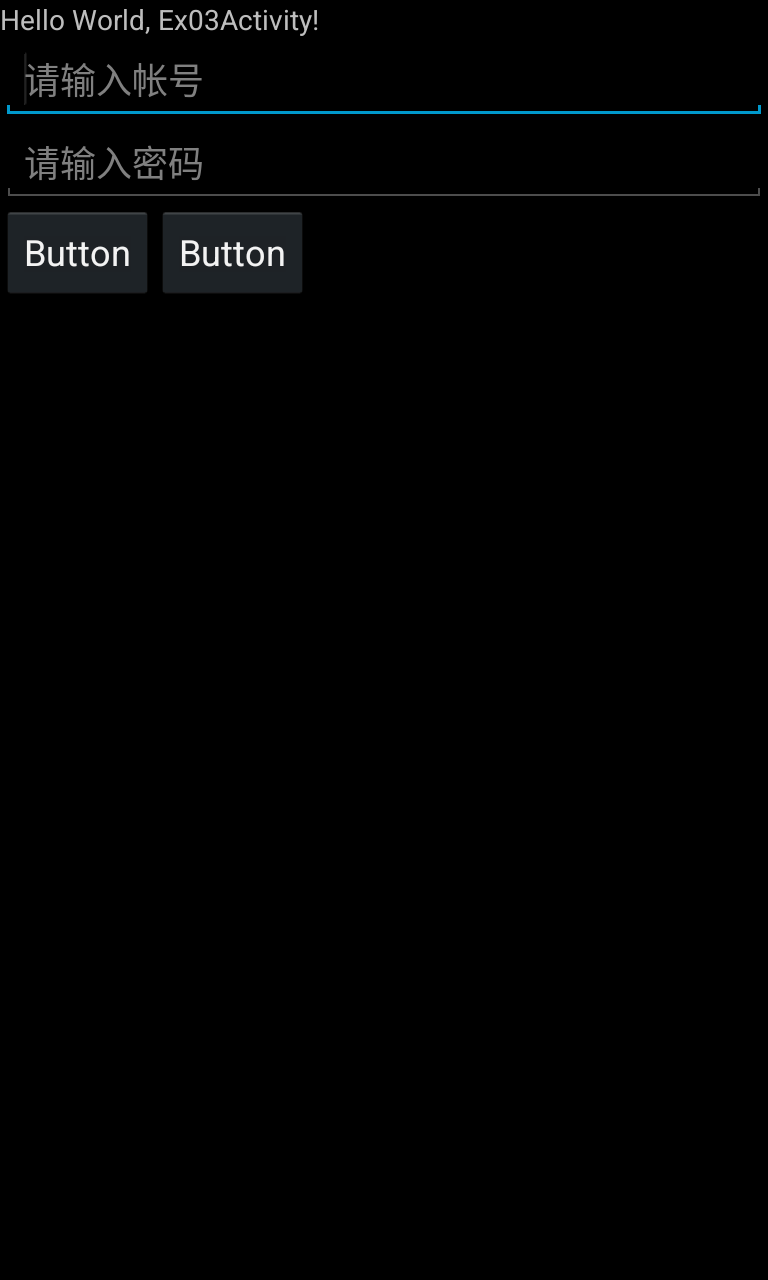
Repository: oldherokingsley/android_homework
Layout: Ex03/res/layout/main.xml
These files come from the project's save history. The layout is drawn as it stood at one moment and after the next save; the edit follows.
It is drawn on a 768 x 1280 px phone screen (xhdpi) without system bars, with theme android:Theme.Holo; the app's code is not run.

Above is the layout before, as saved 2012-10-16 08:57:41.

After the next save:
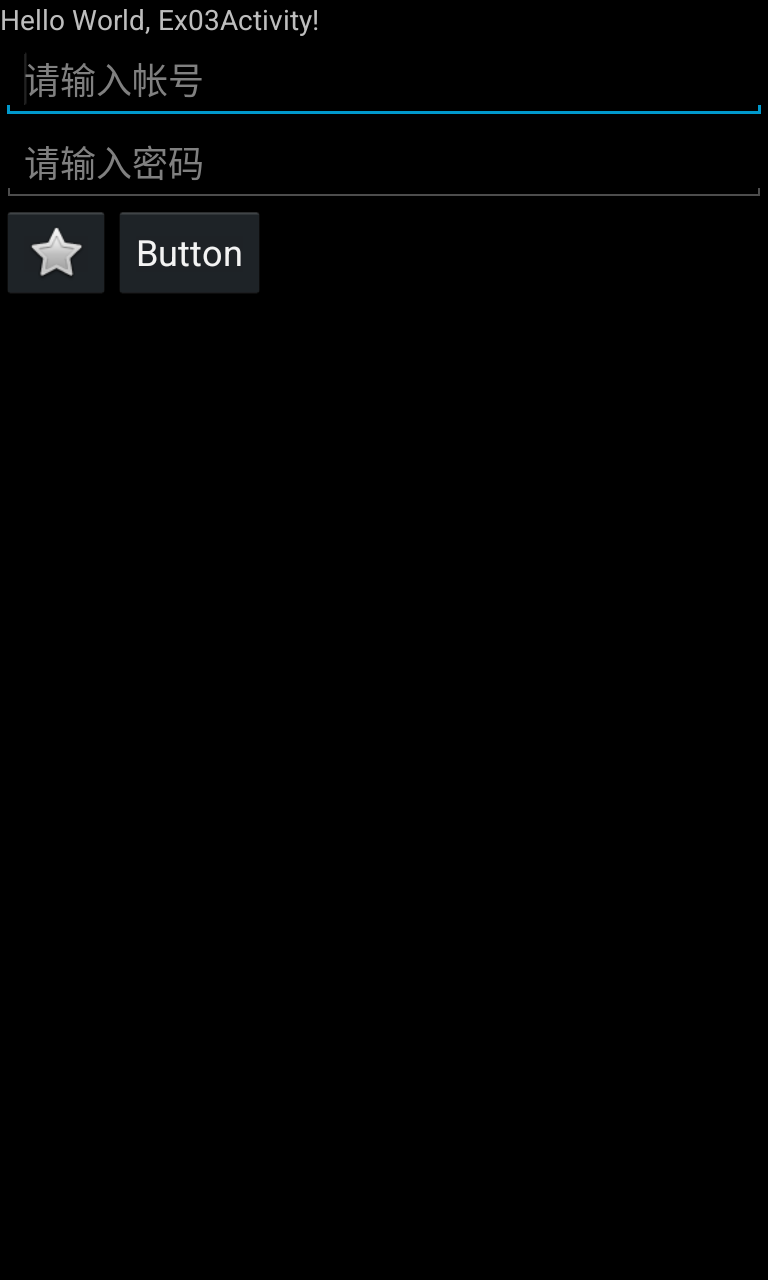
Saved 54 s later.
--- a/Ex03/res/layout/main.xml
+++ b/Ex03/res/layout/main.xml
@@ -33,17 +33,16 @@
         android:layout_width="match_parent"
         android:layout_height="wrap_content" >
 
-        <Button
-            android:id="@+id/button1"
+        <ImageButton
+            android:id="@+id/imageButton1"
             android:layout_width="wrap_content"
             android:layout_height="wrap_content"
-            android:text="Button" />
+            android:src="@android:drawable/btn_star" />
 
         <Button
             android:id="@+id/button2"
             android:layout_width="wrap_content"
             android:layout_height="wrap_content"
-            android:layout_gravity="right"
             android:text="Button" />
 
     </LinearLayout>
